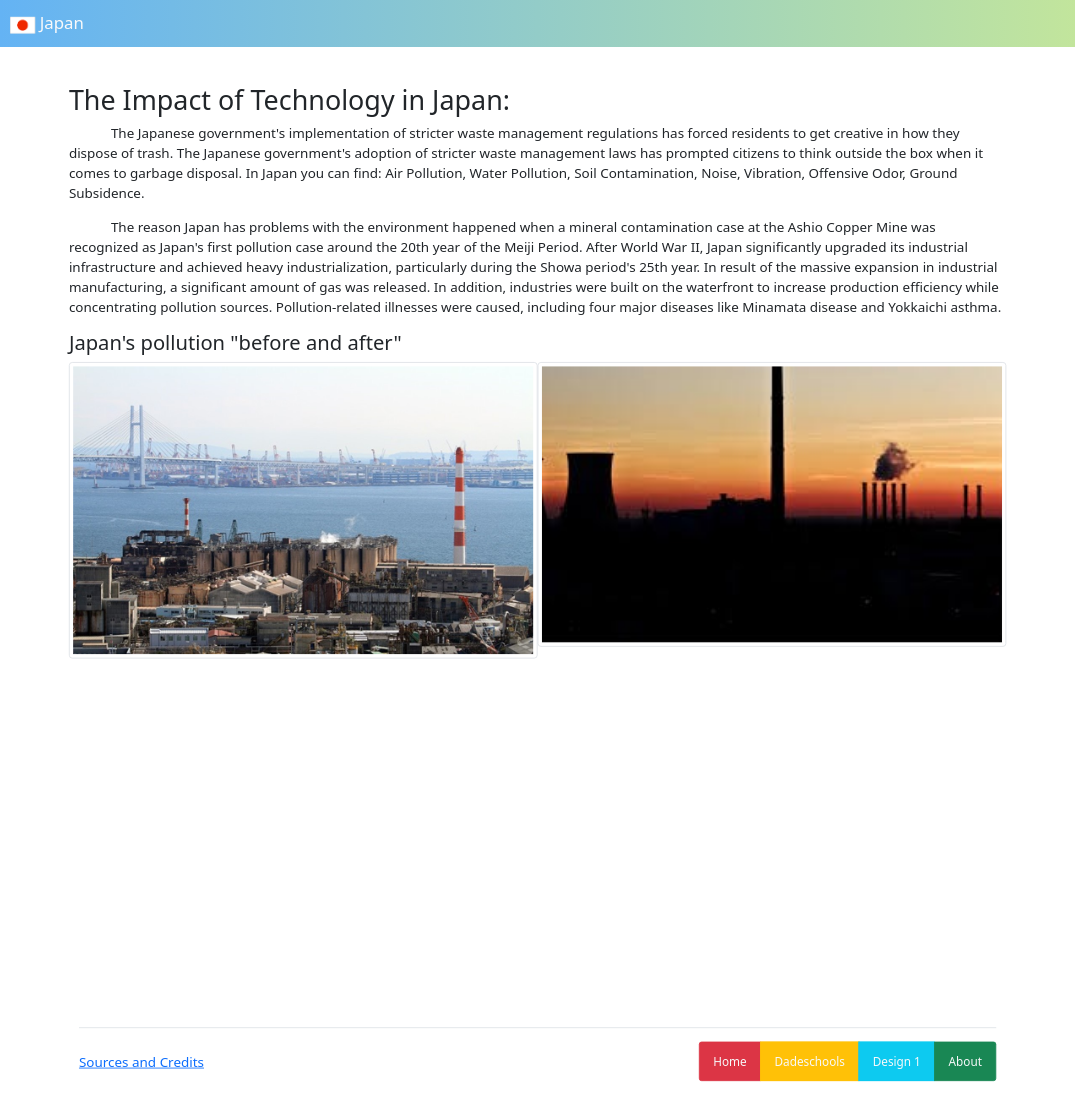
Repository: mrchilliballs/mrchilliballs.github.io
Page: untitled-2.html
The author's editor kept a copy of each file at every save. The page is drawn from the files as they stood at one save, then again after the next save.
The browser window is 1280 px wide. The pictures show the whole page, at 84% of full size.

Above is the page before, as saved 2021-09-02 19:07:22.

### untitled-2.html
<!DOCTYPE html>
<html lang="en">
<head>
    <meta charset="UTF-8">
    <meta http-equiv="X-UA-Compatible" content="IE=edge">
    <!-- CSS only -->
<link href="https://cdn.jsdelivr.net/npm/bootstrap@5.1.0/dist/css/bootstrap.min.css" rel="stylesheet" integrity="sha384-KyZXEAg3QhqLMpG8r+8fhAXLRk2vvoC2f3B09zVXn8CA5QIVfZOJ3BCsw2P0p/We" crossorigin="anonymous">
    <meta name="viewport" content="width=device-width, initial-scale=1.0">
    <title>Document</title>
    <style>
@keyframes AnimationName {
    0%{background-position:0% 50%}
    50%{background-position:100% 50%}
    100%{background-position:0% 50%}
}
#navabr {
    animation: AnimationName 1s ease infinite !important;
    background: #c2e59c;  /* fallback for old browsers */
    background: -webkit-linear-gradient(to right, #64b3f4, #c2e59c);  /* Chrome 10-25, Safari 5.1-6 */
    background: linear-gradient(to right, #64b3f4, #c2e59c); /* W3C, IE 10+/ Edge, Firefox 16+, Chrome 26+, Opera 12+, Safari 7+ */
}
    </style>
</head>
<body>
    <nav class="navbar navbar-light bg-light fixed-top" id="navabr">
        <div class="container-fluid">
          <a class="navbar-brand" href="#">
            <img src="japan.gif" alt="" width="30" height="20 class="d-inline-block align-text-top">
            <span class="text-light">Japan</span>
          </a>
        </div>
      </nav>
    <main class="container">
<h2 style="margin-top: 100px;">The Impact of Technology in Japan:</h2>
	<p style="text-indent: 50px;">The Japanese government's implementation of stricter waste management regulations has forced residents to get creative in how they dispose of trash. The Japanese government's adoption of stricter waste management laws has prompted citizens to think outside the box when it comes to garbage disposal. In Japan you can find: Air Pollution, Water Pollution, Soil Contamination, Noise, Vibration, Offensive Odor, Ground Subsidence.
	<br></p><p style="text-indent: 50px;">The reason Japan has problems with the environment happened when a mineral contamination case at the Ashio Copper Mine was recognized as Japan's first pollution case around the 20th year of the Meiji Period. After World War II, Japan significantly upgraded its industrial infrastructure and achieved heavy industrialization, particularly during the Showa period's 25th year. In result of the massive expansion in industrial manufacturing, a significant amount of gas was released. In addition, industries were built on the waterfront to increase production efficiency while concentrating pollution sources. Pollution-related illnesses were caused, including four major diseases like Minamata disease and Yokkaichi asthma.
    </p>
    <h4>Japan's pollution "before and after"</h4>
    <img src="Picture1.jpg" class="rounded img-thumbnail img-fluid float-start" alt="..." height="50%" width="50%">
    <img src="Picture2.jpg" class="rounded img-thumbnail img-fluid float-end" alt="..." height="50%" width="50%">
    <div style="margin-bottom: 50rem;"></div>
        <div class="container">
            <footer class="d-flex flex-wrap justify-content-between align-items-center py-3 my-4 border-top" style="">
              <div class="dropdown">
                <a class="" href="#" role="button" id="dropdownMenuLink" data-bs-toggle="dropdown" aria-expanded="false">
                  Sources and Credits
                </a>

                <ul class="dropdown-menu" aria-labelledby="dropdownMenuLink">
                  <li><a class="dropdown-item" href="https://www.world-weather-travellers-guide.com/air-pollution-in-japan.htm">Source 1</a></li>
                  <li><a class="dropdown-item" href="https://www.nytimes.com/1964/12/26/archives/tokyo-troubled-by-air-pollution-emphasis-in-smog-control-is-still.html">Source 2</a></li>
                  <li><a class="dropdown-item" href="https://creativecommons.org/licenses/by-nc/2.0/s">Source 3</a></li>
                  <li><a class="dropdown-item" href="https://encyclopedia.1914-1918 online.net/article/science_and_technology_japan ">Source 4</a></li>
                  <li><a class="dropdown-item" href="https://en.wikipedia.org/wiki/Tokyo">Source 5</a></li>
                  <li><a class="dropdown-item" href="https://en.wikipedia.org/wiki/Meiji_Restoration ">Source 6</a></li>
                </ul>
              </div>
              <a href="/" class="col-md-4 d-flex align-items-center justify-content-center mb-3 mb-md-0 me-md-auto link-dark text-decoration-none">
                <svg class="bi me-2" width="40" height="32"><use xlink:href="#bootstrap"></use></svg>
              </a>

              <ul class="nav col-md-4 justify-content-end">
                <div class="btn-group" role="group" aria-label="Basic mixed styles example">
                    <button type="button" class="btn btn-danger btn-sm"><li class="nav-item"><a href="#" class="nav-link px-2 text-light">Home</a></li></button>
                    <button type="button" class="btn btn-warning btn-sm"><li class="nav-item"><a href="https://www3.dadeschools.net" class="nav-link px-2 text-light">Dadeschools</a></li></button>
                    <button type="button" class="btn btn-info btn-sm"><li class="nav-item"><a href="index.html" class="nav-link px-2 text-light">Design 1</a></li></button>
                    <button type="button" class="btn btn-success btn-sm"><li class="nav-item"><a class="nav-link px-2 text-light" href="#" role="button" id="dropdownMenuLink" data-bs-toggle="dropdown" aria-expanded="false">About</a><ul class="dropdown-menu" aria-labelledby="dropdownMenuLink1">
                      <li class="dropdown-item">We made this website using the program language "HTML". It took us a lot of work and we hope we get a good grade on this because we did our best on this website.</li>
                    </ul></li>
                    </button>
                  </div>
              </ul>
            </footer>
          </div>
          <!-- JavaScript Bundle with Popper -->
<script src="https://cdn.jsdelivr.net/npm/bootstrap@5.1.0/dist/js/bootstrap.bundle.min.js" integrity="sha384-U1DAWAznBHeqEIlVSCgzq+c9gqGAJn5c/t99JyeKa9xxaYpSvHU5awsuZVVFIhvj" crossorigin="anonymous"></script>
    </main>
</body>
</html>

After the next save:
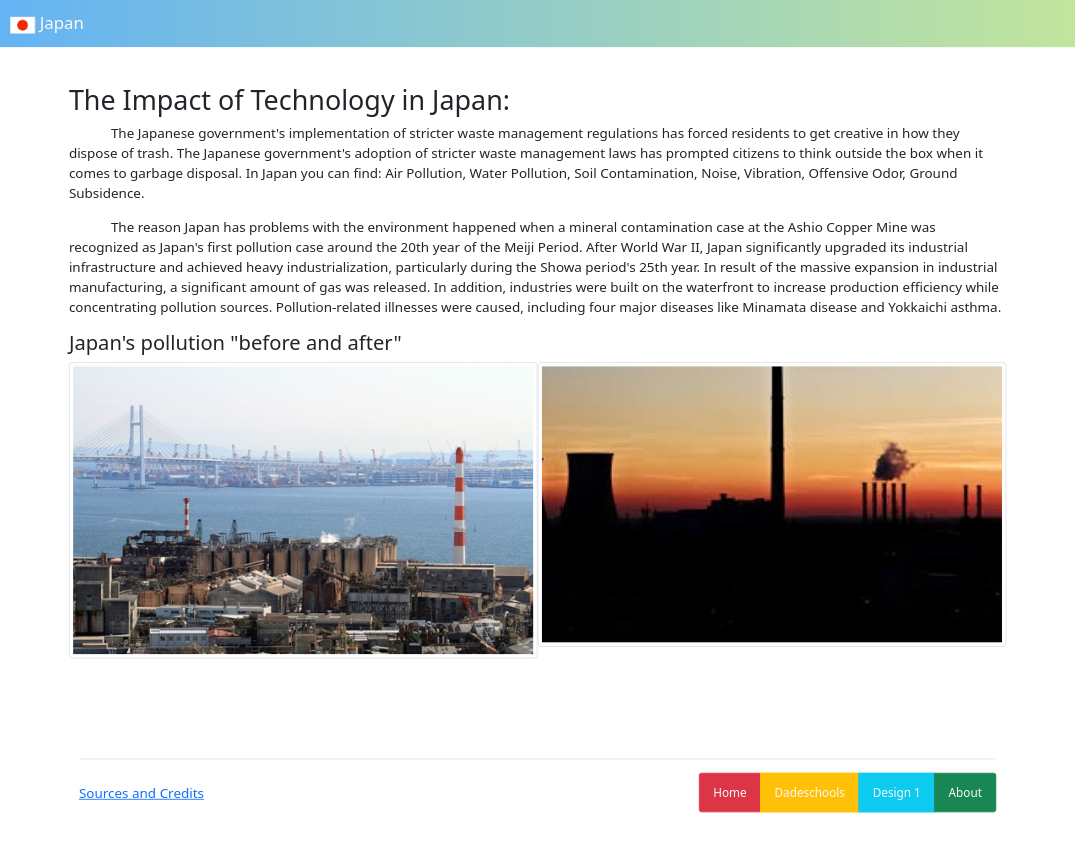
Saved 7 s later.
--- a/untitled-2.html
+++ b/untitled-2.html
@@ -38,7 +38,7 @@
     <h4>Japan's pollution "before and after"</h4>
     <img src="Picture1.jpg" class="rounded img-thumbnail img-fluid float-start" alt="..." height="50%" width="50%">
     <img src="Picture2.jpg" class="rounded img-thumbnail img-fluid float-end" alt="..." height="50%" width="50%">
-    <div style="margin-bottom: 50rem;"></div>
+    <div style="margin-bottom: 30rem;"></div>
         <div class="container">
             <footer class="d-flex flex-wrap justify-content-between align-items-center py-3 my-4 border-top" style="">
               <div class="dropdown">
